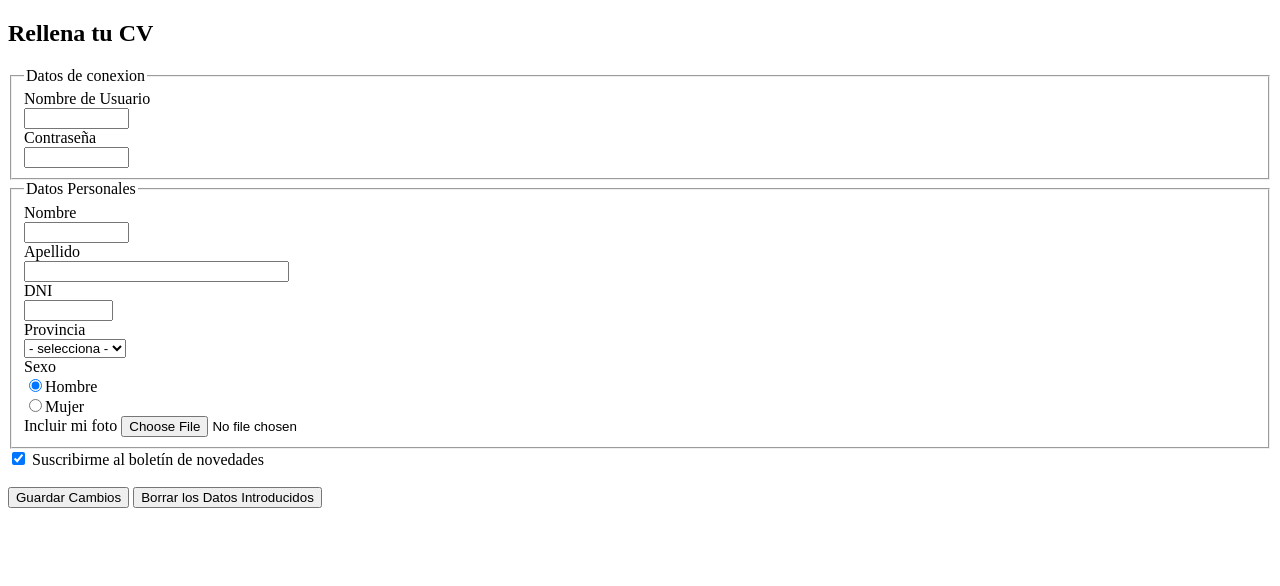
Repository: GonzaDelgado/JavaProjects
Page: modulo_html/WebContent/Form_avanzado.html
An editor plug-in stored every save of this project. The page is shown before and after the next save, followed by the edit.
The browser window is 1280 px wide. The pictures show the whole page.

Above is the page before, as saved 2021-02-08 15:02:39.

### modulo_html/WebContent/Form_avanzado.html
<!DOCTYPE html>
<html>
<head>
<meta charset="UTF-8">
<title>Formulario Avanzado</title>
</head>
<body>
	<h2>Rellena tu CV</h2>
	<form action=".." method="post" enctype="multipart/form-data">
	<fieldset><legend>Datos de conexion</legend>
	<label for="nombre_usuario">Nombre de Usuario</label> <br/>
	<input type ="text" size="10" name="nombre_usuario" value="" maxlength="30"/><br>
	<label for="psw">Contraseña</label> <br/>
	<input type ="password" size="10" name="psw" value="" maxlength="10"/><br>
	</fieldset>
	<fieldset><legend>Datos Personales</legend>
	<label for="nombre">Nombre</label> <br/>
	<input type ="text" size="10" name="nombre" value="" maxlength="30"/><br>
	<label for="apellido">Apellido</label> <br/>
	<input type ="text" size="30" name="apellido" value="" maxlength="80"/><br>
	<label for="dni">DNI</label> <br/>
	<input type="text" size="8" name="dni" value="" maxlength="10"/><br>
	<label for="provincia">Provincia</label> <br/>
	<select id="provincia" name="provincia">
	<option value="" selected="selected">- selecciona -</option>
	<option value="bsas">Buenos Aires</option>
	<option value="caba">CABA</option>
	<option value="mendoza">Mendoza</option>
	<option value="cordoba">Córdoba</option>
	<option value="neuquen">Neuquen</option>
	<option value="otra">Otra</option>
	</select><br>
	<label for="sexo">Sexo</label> <br/>
	<input type="radio" name="sexo" value="hombre" checked="checked"/><label for="hombre">Hombre</label> <br/>
	<input type="radio" name="sexo" value="mujer"/><label for="mujer">Mujer</label> <br/>
	<label for="adjunto">Incluir mi foto</label> <input type="file" name="adjunto" /><br>
	</legend></fieldset>
	<input name="suscripcion_boletin" type="checkbox" value="suscripcion_boletin" checked="checked"/>
	<label for="suscripcion_boletin">Suscribirme al boletín de novedades</label> <br/><br>
	<input type="submit" name="guardar_cambios" value="Guardar Cambios">
	<input type="reset" name="limpiar" value="Borrar los Datos Introducidos">

	</form>
</body>
</html>

After the next save:
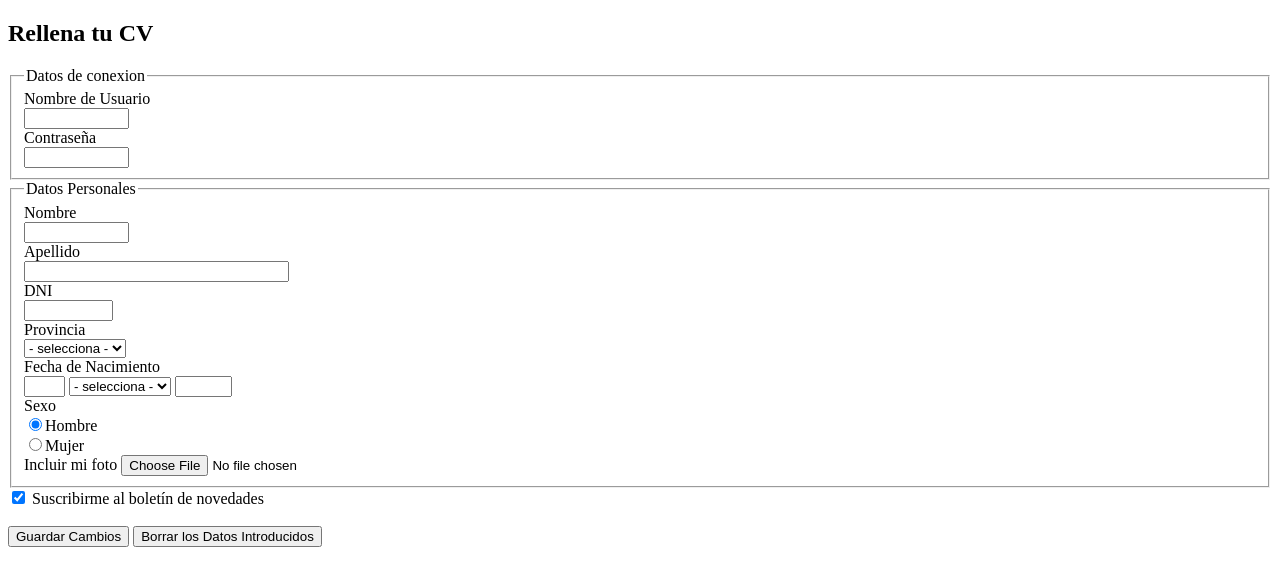
Saved 5 min 14 s later.
--- a/modulo_html/WebContent/Form_avanzado.html
+++ b/modulo_html/WebContent/Form_avanzado.html
@@ -30,6 +30,25 @@
 	<option value="neuquen">Neuquen</option>
 	<option value="otra">Otra</option>
 	</select><br>
+	<label for="fecha_nac">Fecha de Nacimiento</label> <br/>
+	<input type ="text" size="2" name="dia" value="" maxlength="3"/>
+	<select id="fecha_nac" name="fecha_nac">
+	<option value="" selected="selected">- selecciona -</option>
+	<option value="enero">Enero</option>
+	<option value="febrero">Febrero</option>
+	<option value="marzo">Marzo</option>
+	<option value="abril">Abril</option>
+	<option value="mayo">Mayo</option>
+	<option value="junio">Junio</option>
+	<option value="julio">Julio</option>
+	<option value="agosto">Agosto</option>
+	<option value="septiembre">Septiembre</option>
+	<option value="octubre">Octubre</option>
+	<option value="noviembre">Noviembre</option>
+	<option value="diciembre">Diciembre</option>
+	</select>
+	<input type ="text" size="4" name="año" value="" maxlength="5"/>
+	<br>
 	<label for="sexo">Sexo</label> <br/>
 	<input type="radio" name="sexo" value="hombre" checked="checked"/><label for="hombre">Hombre</label> <br/>
 	<input type="radio" name="sexo" value="mujer"/><label for="mujer">Mujer</label> <br/>
